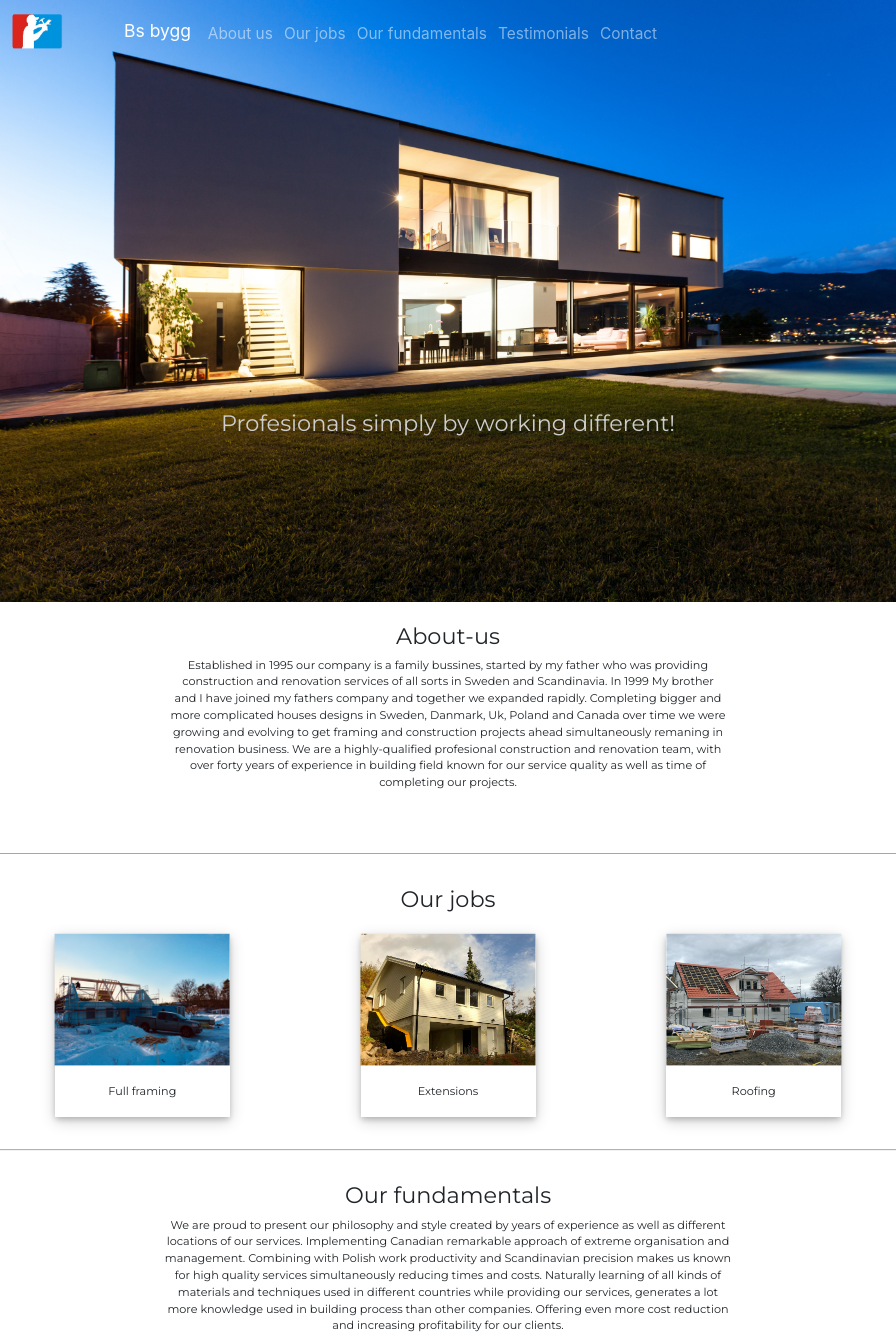
Repository: Bartie1982/milestone-project-1
Page: index.html
The author's editor kept a record of every edit. The page is drawn from the files as they stood at one moment, then again after the next edit.
The browser window is 1280 px wide. The pictures show the part of the page from y = 0 to 1920 px (the page is 2916 px tall), at 70% of full size.

Above is the page before.

After the next edit:
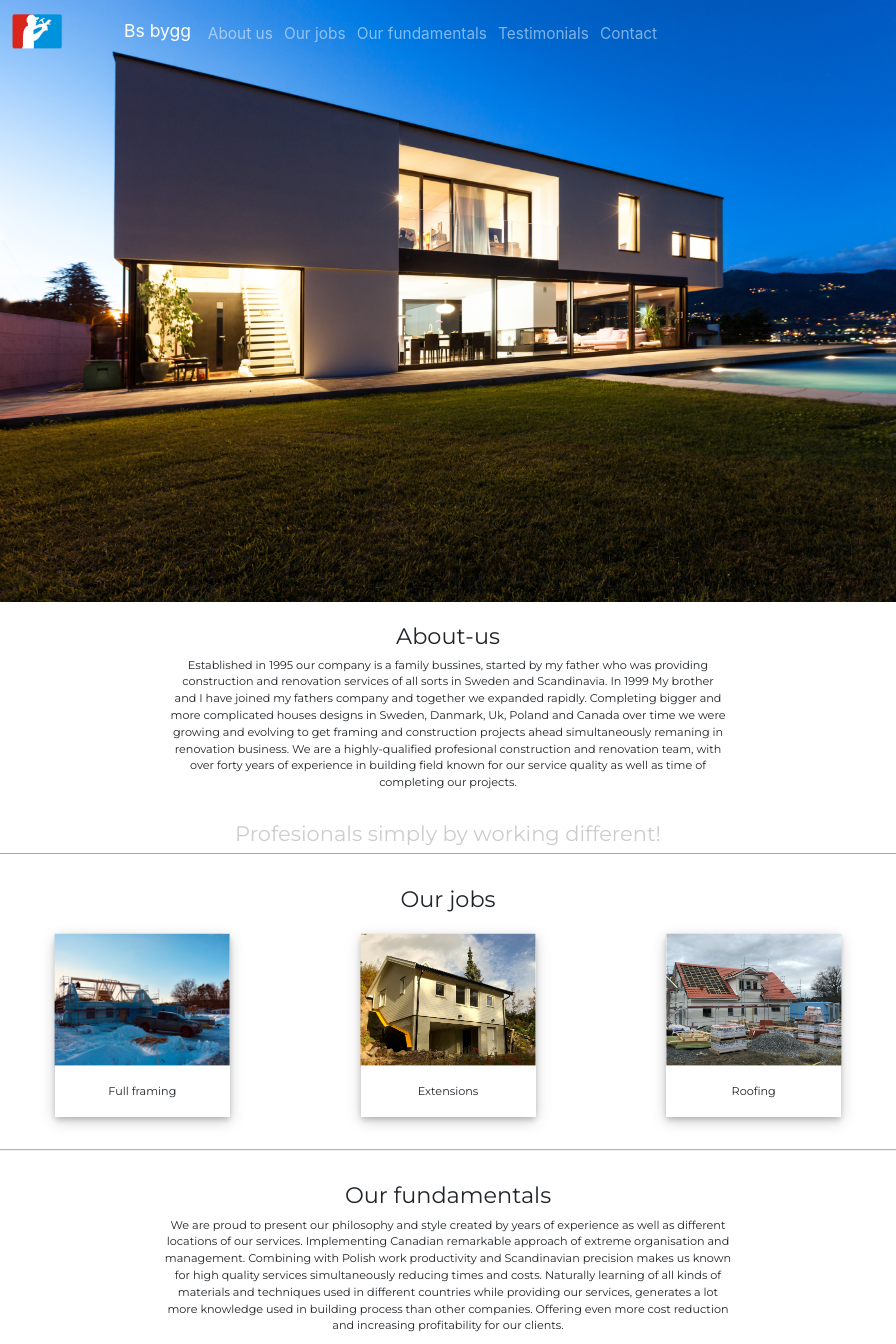
The edit:
--- a/index.html
+++ b/index.html
@@ -47,10 +47,8 @@
                     </div>
             </div>
         </div>
-            <div class="row">
-                    <div class="h-75 d-inline-block col-md-12 d-flex justify-content-center quote">
-                        <h2>Profesionals simply by working different!</h2>
-                    </div>
+            <div class="h-75 d-inline-block col-lg-12 col-xs-12 d-flex justify-content-center quote">
+                        <p class="align-self-end">Profesionals simply by working different!</p>
             </div>
     </header>
 
